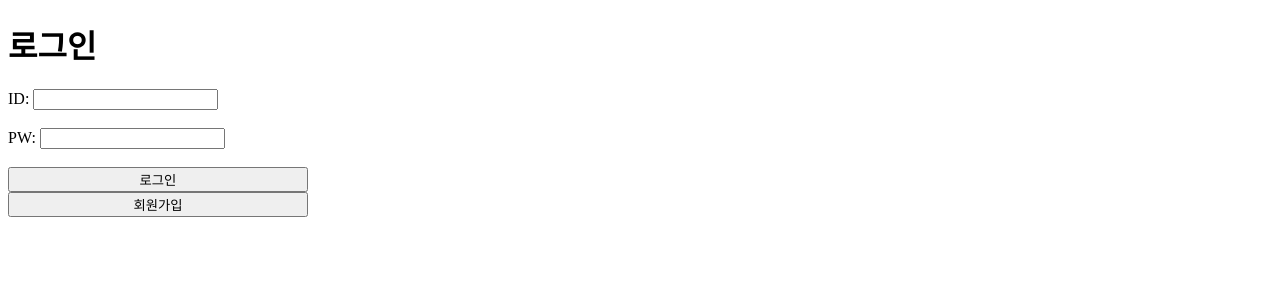
Repository: euniiee/test11
Page: http://localhost/Project/Login.jsp
The author's editor kept a copy of each file at every save. The page is drawn from the files as they stood at one save, then again after the next save.
The browser window is 1280 px wide. The pictures show the whole page.
The page is served by Tomcat 9.

Above is the page before, as saved 2023-02-01 01:15:15.

After the next save:
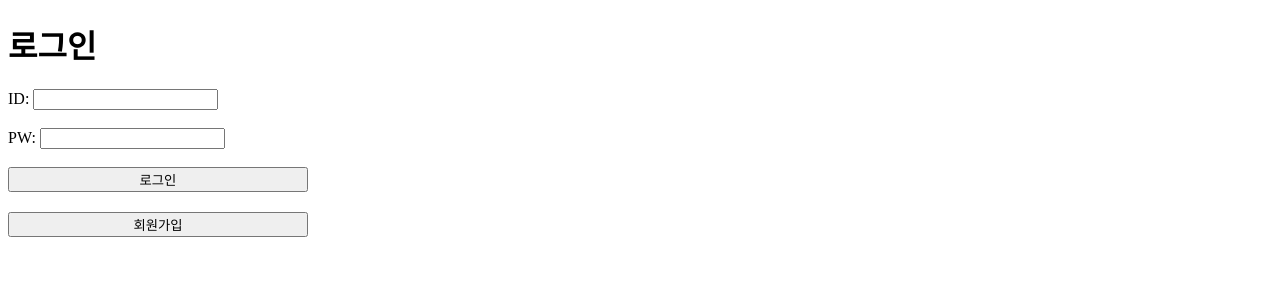
Saved 6 s later.
--- a/Project/WebContent/Login.jsp
+++ b/Project/WebContent/Login.jsp
@@ -15,8 +15,8 @@
 		<h1>로그인</h1>
 		<div style="width:100%">ID: <input type="text" class="id" name="id"  required></div><br/>
 		<div style="width:100%">PW: <input type="password" class="pw" name="pw" required></div><br/>
-		<input type="submit" value="로그인" style="width:100%;"><br>
-		<input type="submit" value="회원가입" style="width:100%; margin-bottom:20px"><br>
+		<input type="submit" value="로그인" style="width:100%; margin-bottom:20px"><br>
+		<input type="submit" value="회원가입" style="width:100%; "><br>
 	</form>
 </body>
 </html>
